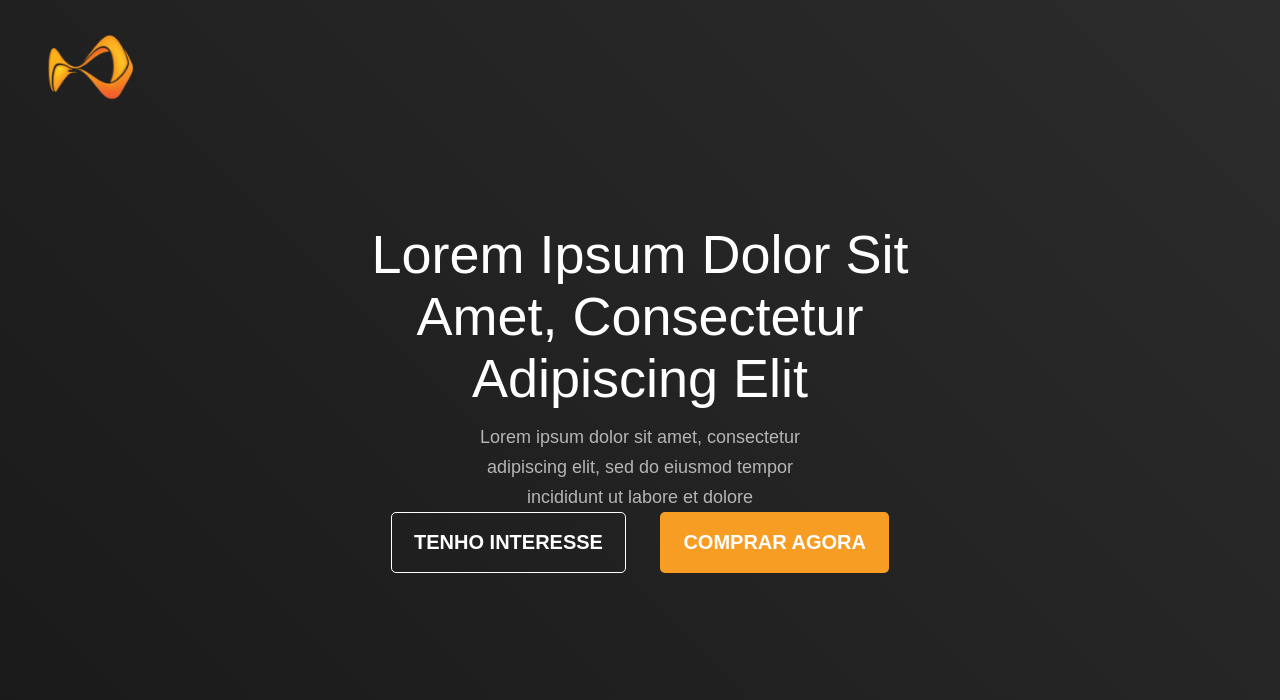
Repository: Rafael-Araujo-dev/Treinamento-Raccoon
Page: Projeto-2/index.html
These files come from the project's save history. The page is drawn as it stood at one moment and after the next save; the edit follows.
The browser window is 1280 px wide. The pictures show the whole page.
Some web fonts or font styles are not loaded; a fallback is used.

Above is the page before, as saved 2021-09-23 07:32:25.

### Projeto-2/index.html
<!DOCTYPE html>
<html>
    <head>
        <title></title>
        <meta charset="utf-8"/>
        <meta name="viewport" content="width=device-width,initial-scale=1.0,maximum-scale=1.0">
        <link rel="preconnect" href="https://fonts.googleapis.com">
        <link rel="preconnect" href="https://fonts.gstatic.com" crossorigin>
        <link href="https://fonts.googleapis.com/css2?family=Yantramanav:wght@300;400;700&display=swap" rel="stylesheet">
        <link rel="stylesheet" href="css/style.css"/>
    </head>
    <body>
        <section class="hero-section">
            <div class="hero-header">
                <img class="logo" src="images/LOGOSYNAPSE_simbolo_laranja.png"/>
            </div>
            <div class="hero-container">
                <div class="hero-title">
                    Lorem ipsum dolor sit amet, consectetur adipiscing elit
                </div>
                <div class="hero-text">
                    Lorem ipsum dolor sit amet, consectetur adipiscing elit, sed do eiusmod tempor incididunt ut labore et dolore
                </div>
                <div class="hero-btn-group">
                    <button class="btn secondary">
                        Tenho interesse
                    </button>
                    <button class="btn primary">
                        Comprar agora
                    </button>
                </div>
            </div>
        </section>

        <section class="course-summary">

        </section>

    </body>
</html>

### Projeto-2/css/style.css
* {
    margin: 0;
    padding: 0;
    box-sizing: border-box;
    font-family: 'Yantramanav', sans-serif;
}

.btn {
    font-size: 20px;
    text-transform: uppercase;
    padding: 18px 22px;
    margin: 0px 15px 24px 15px;
    font-weight: bold;
}

@media (max-width: 890px) {
    .btn {
        font-size: 20px;
    }
}

@media (max-width: 645px) {
    .btn {
        font-size: 17px;
    }
}

@media (max-width: 500px) {
    .btn {
        font-size: 16px;
    }
}

.btn.primary {
    background-color: #F89D24;
    border: 1px solid transparent;
    border-radius: 5px;
    color: #FFF;
}

.btn.secondary {
    background-color: transparent;
    border: 1px solid #FFF;
    border-radius: 5px;
    color: #FFF;
}

.hero-section {
    background: rgb(26,26,26);
    background: linear-gradient(45deg, rgba(26,26,26,1) 0%, rgba(44,44,44,1) 100%);
    min-height: 100vh;
}

.hero-header .logo {
    margin-left: 3.15%;
    margin-top: 2%;
    width: 12.1%;
    max-width: 100px;
}

.hero-container {
    position: relative;
    margin: auto;
    width: 50%;
    display: flex;
    flex-direction: column;
    flex-wrap: wrap;
}

@media (max-width: 1240px) {
    .hero-container {
        width: 60%;
    }
}

@media (max-width: 1028px) {
    .hero-container {
        width: 70%;
    }
}

@media (max-width: 890px) {
    .hero-container {
        width: 80%;
    }
}

.hero-title, .hero-text {
    color: #FFFFFF;
    text-align: center;
}

.hero-title {
    font-size: 54px;
    margin-top: 15.5vh;
    text-transform: capitalize;
}

@media (max-width: 890px) {
    .hero-title {
        /* margin-top: 14%; */
        font-size: 45px;
    }
}

@media (max-width: 645px) {
    .hero-title {
        /* margin-top: 8%; */
        font-size: 40.5px;
    }
}

@media (max-width: 500px) {
    .hero-title {
        /* margin-top: 0%; */
    }
}

.hero-text {
    color: #B5B5B5;
    font-size: 18px;
    width: 60%;
    margin-top: 1.8vh;
    line-height: 30px;
    align-self: center;
}

@media (max-width: 1024px) {
    .hero-text {
        width: 80%;
    }
}

@media (max-width: 890px) {
    .hero-text {

        font-size: 15px;
        width: 50%;
    }
}

@media (max-width: 645px) {
    .hero-text {

        font-size: 13.5px;
        width: 80%;
    }
}

@media (max-width: 500px) {
    .hero-text {
        /* margin-top: 5%; */
        width: 100%;
    }
}

.hero-btn-group {
    margin-bottom: 12vh;
    text-align: center;

}

After the next save:
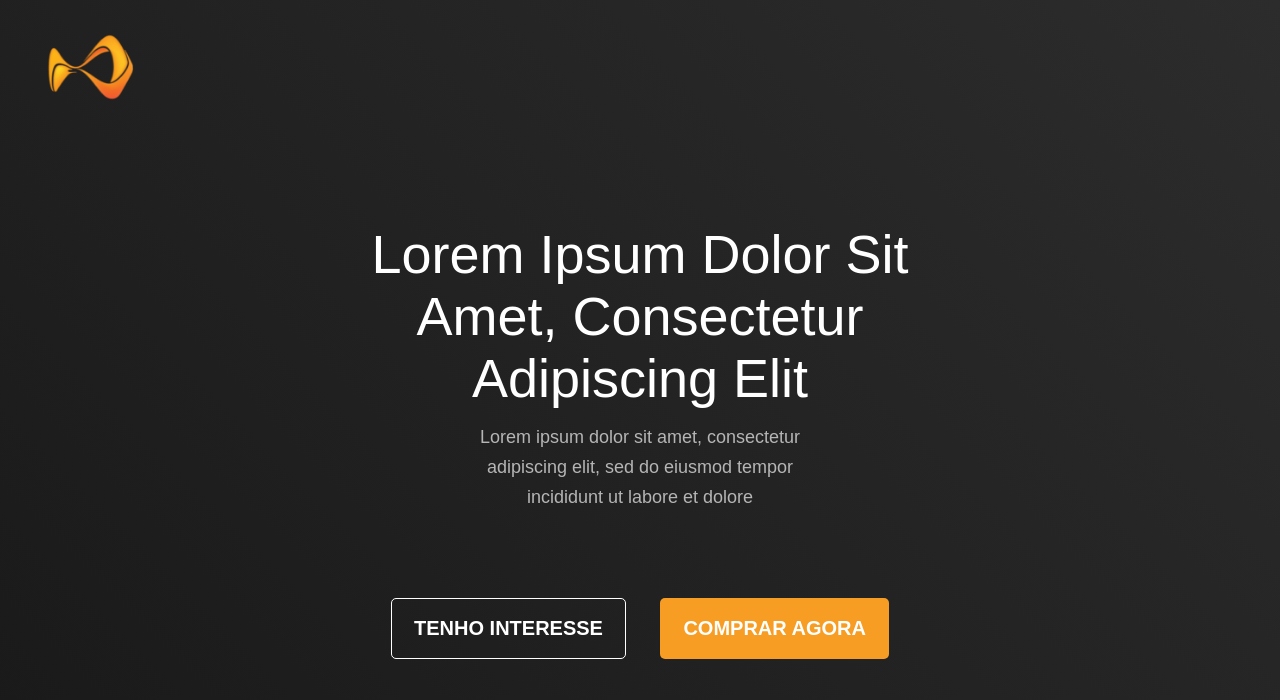
Saved 4 s later.
--- a/Projeto-2/css/style.css
+++ b/Projeto-2/css/style.css
@@ -155,7 +155,7 @@
 }
 
 .hero-btn-group {
-    margin-bottom: 12vh;
+    margin-top: 12vh;
     text-align: center;
 
 }
